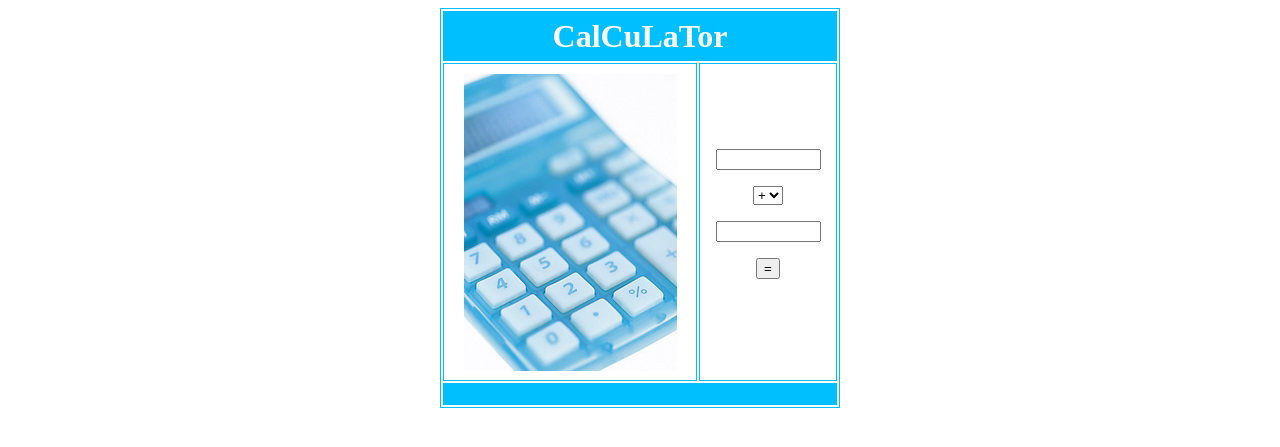
Repository: LeeHyeSu/JSP
Page: http://localhost/Practice32/calc.jsp
An editor plug-in stored every save of this project. The page is shown before and after the next save, followed by the edit.
The browser window is 1280 px wide. The pictures show the whole page.
The page is served by Tomcat 9. Other server files are loaded and not shown.

Above is the page before, as saved 2017-11-25 06:26:36.

### Practice32/WebContent/calc.jsp
<%@ page language="java" contentType="text/html; charset=UTF-8"
    pageEncoding="UTF-8"%>
<!DOCTYPE html PUBLIC "-//W3C//DTD HTML 4.01 Transitional//EN" "http://www.w3.org/TR/html4/loose.dtd">
<html>
<head>
<meta http-equiv="Content-Type" content="text/html; charset=UTF-8">
<title>계산기 만들기</title>
</head>
<body>
<form method="post" action="calc_result.jsp" name="form1">
	<table width="400" height="400" border="1"
		bordercolor="#00BFFF" align="center" border-collapse:collapse>
		<tr height="50">
			<td colspan="2" bgcolor="#00BFFF" align="center">
			<b><font size="6" color="white">CalCuLaTor</font></b>
			</td>
		</tr>
		<tr align="center">
			<td width="250px"><img src="images/cal.jpg"></td>
			<td>
				<input type="text" name="op1" size="10"><p>
				<select name="operator">
					<option selected>+</option>
					<option>-</option>
					<option>*</option>
					<option>/</option>
				</select><p>
				<input type="text" name="op2" size="10"><p>
				<input type="submit" value="=">
			</td>
		</tr>
		<tr height="20">
			<td colspan="2" bgcolor="#00BFFF">&nbsp;</td>
		</tr>
	</table>
</form>
</body>
</html>

After the next save:
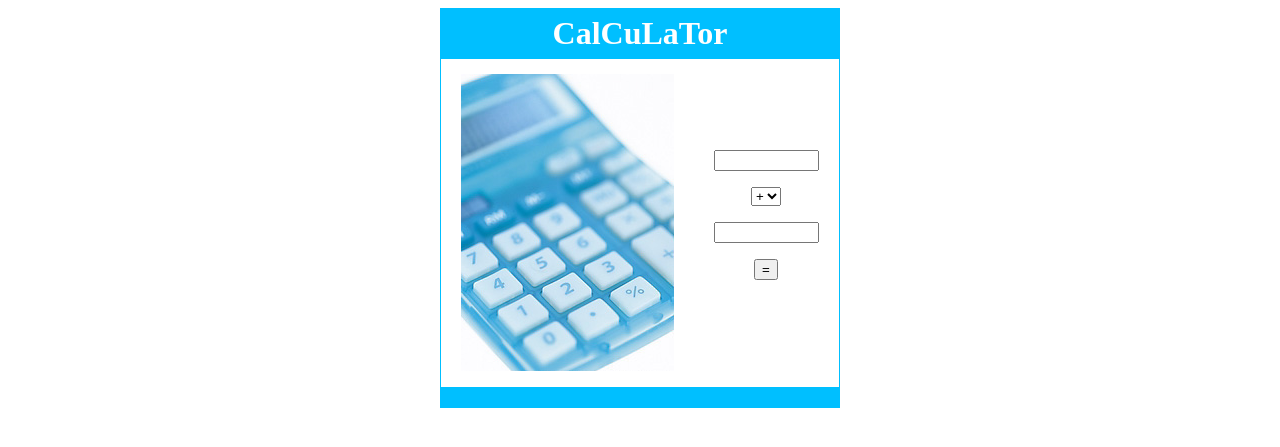
Saved 3 min 42 s later.
--- a/Practice32/WebContent/calc.jsp
+++ b/Practice32/WebContent/calc.jsp
@@ -8,8 +8,8 @@
 </head>
 <body>
 <form method="post" action="calc_result.jsp" name="form1">
-	<table width="400" height="400" border="1"
-		bordercolor="#00BFFF" align="center" border-collapse:collapse>
+	<table style="border-collapse:collapse; border: 1px solid #00BFFF"
+		width="400" height="400" align="center">
 		<tr height="50">
 			<td colspan="2" bgcolor="#00BFFF" align="center">
 			<b><font size="6" color="white">CalCuLaTor</font></b>
